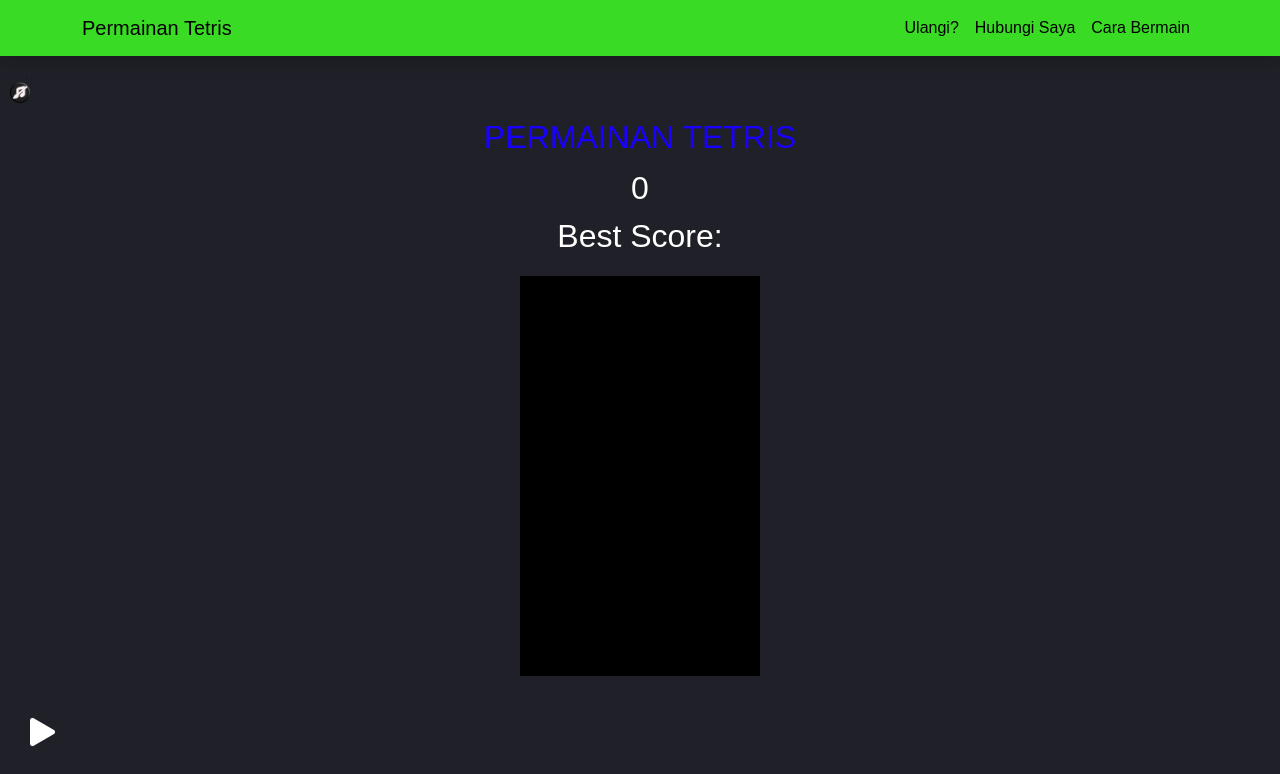
Repository: GwendiWisnuAnggoro/GwendiWisnuAnggoro.github.io
Page: Bahasa Indonesia/game/Tetris/tetris.html
An editor plug-in stored every save of this project. The page is shown before and after a run of saves, followed by the edit.
The browser window is 1280 px wide. The pictures show the whole page.

Above is the page before, as saved 2023-02-07 19:05:15.
Console error: TypeError: Cannot read properties of null (reading 'forEach')

After the next 3 saves:
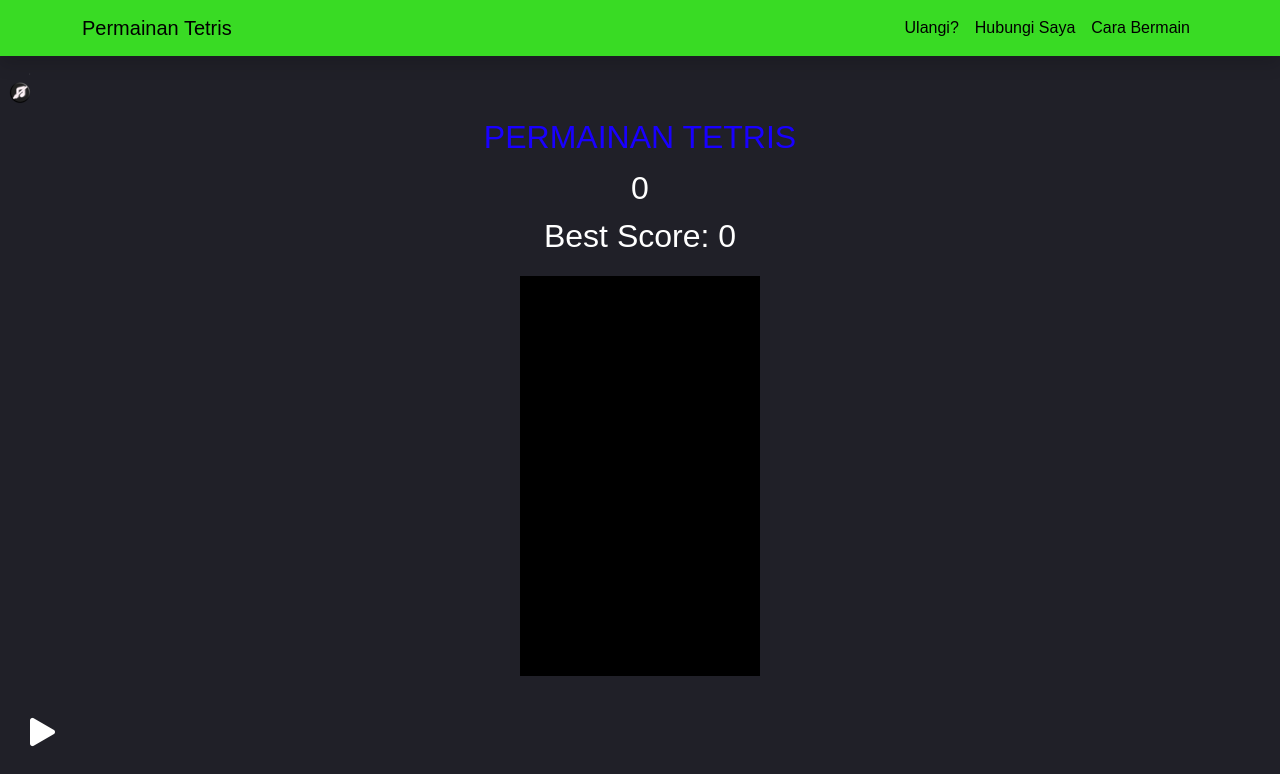
The 3 saves are shown as one change because they came seconds apart.
The last was saved 25 s later.
--- a/Bahasa Indonesia/game/Tetris/tetris.html
+++ b/Bahasa Indonesia/game/Tetris/tetris.html
@@ -49,7 +49,7 @@
      </section>
     <div id="score">0</div>
     <div class="bestscore">
-      <p>Best Score: </p>
+      <p>Best Score: <span>0</span></p>
     </div>
     <canvas id="tetris" width="240" height="400"></canvas>
 </div>
